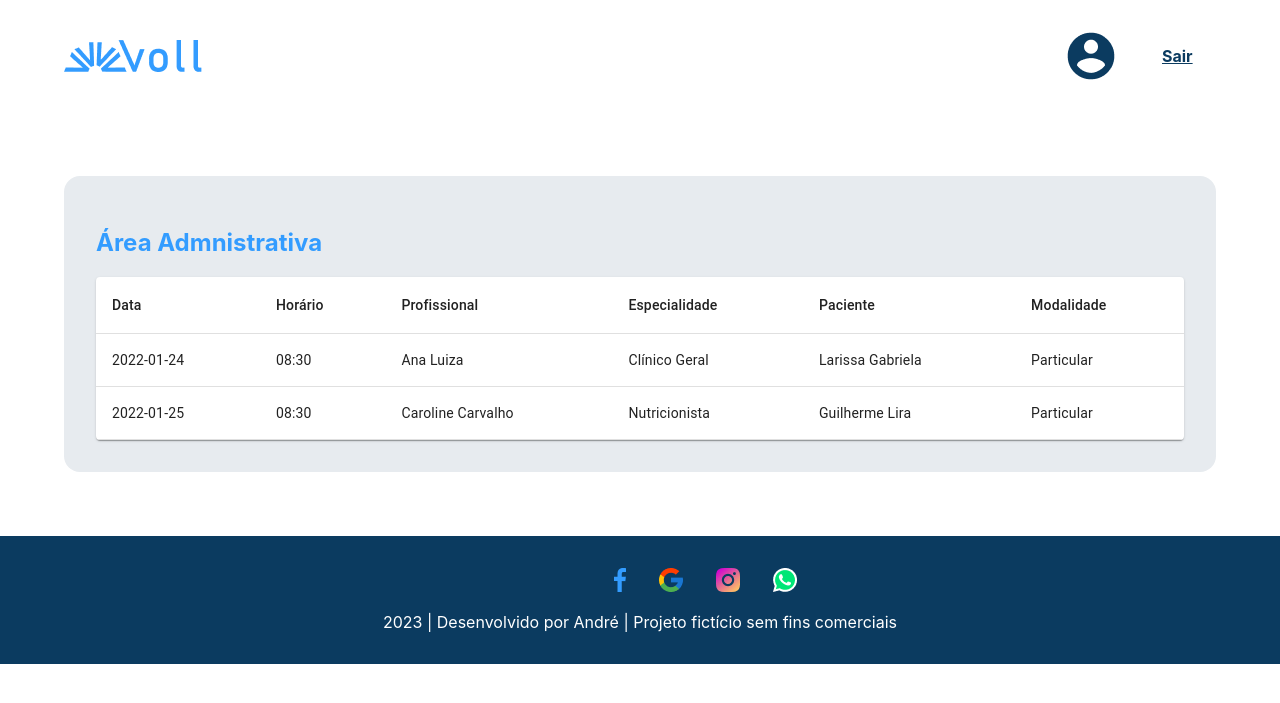
Repository: andrevff/voll-main
Page: /
These files come from the project's save history. The page is drawn as it stood at one moment and after a run of saves; the edit follows.
The browser window is 1280 px wide. The pictures show the whole page.
The project was rebuilt for these pictures with package versions that can differ from the ones it lists, and the page was loaded fresh each time. Requests to the local data server were answered from the project's data file. Also part of the build but not shown: src/App.css.

Above is the page before, as saved 2023-07-31 21:52:13.

### src/App.tsx
import './App.css';
import Cabecalho from './components/cabecalho';
import Container from './components/container';
import Rodape from './components/rodape';
import Tabela from './components/tabela';
import Titulo from './components/titulo';
import useDadosConsulta from './useDadosConsulta';

function App() {

  const {dados, erro} = useDadosConsulta()

  return (
    <>
      <Cabecalho />
      <Container>
        <Titulo>Área Admnistrativa</Titulo>
        <Tabela consultas={dados} />
      </Container>
      <Rodape />
    </>
  );
}

export default App;

### src/components/cabecalho/index.tsx
/* eslint-disable jsx-a11y/anchor-is-valid */
import styled from 'styled-components'
import logo from './assets/logo.png'
import perfil from './assets/perfil.png'

const CabecalhoEstilizado = styled.header`
    display: flex;
    align-items: center;
    justify-content: space-between;
    padding: 2em 4em;
`

const Container = styled.div`
    display: flex;
    align-items: center;
    justify-content: space-around;
    flex-grow: .1;
`

const LinkEstilizado = styled.a`
    color: var(--azul-escuro);
    font-weight: 700;
`

export default function Cabecalho(){
    return(
        <CabecalhoEstilizado>
            <img src={logo} alt="Logo da empresa Voll" />
            <Container>
                <img src={perfil} alt="Imagem de perfil do usuário" />
                <LinkEstilizado href="#">Sair</LinkEstilizado>
            </Container>
        </CabecalhoEstilizado>
    )

}

### src/components/container/index.tsx
import styled from "styled-components";

const Container = styled.section`
    background-color: var(--cinza-claro);
    margin: 4em;
    border-radius: 16px;
    padding: 2em;
    height: 100%;
`

export default Container

### src/components/rodape/index.tsx
/* eslint-disable jsx-a11y/anchor-has-content */
/* eslint-disable jsx-a11y/anchor-is-valid */
import styled from 'styled-components'
import facebook from './assets/facebook.png'
import google from './assets/google.png'
import instagram from './assets/instagram.png'
import whatsapp from './assets/whatsapp.png'

const RodapeEstilizado = styled.footer`
    height: 100%;
    color: white;
    padding: 1em;
    background-color: var(--azul-escuro);
    text-align: center;
`

const ListaEstilizada = styled.ul`
    display: flex;
    justify-content: space-around;
    width: 10%;
    margin: 1em auto;
`

const ItemEstilizado = styled.li`
    list-style-type: none;
    padding: 0 1em;
`

export default function Rodape(){
    return(
        <RodapeEstilizado>
            <ListaEstilizada>
                <ItemEstilizado>
                    <a href="#">
                        <img src={facebook} alt="Logo do Facebook" />
                    </a>
                </ItemEstilizado>
                <ItemEstilizado>
                    <a href="#">
                        <img src={google} alt="Logo do Google" />
                    </a>
                </ItemEstilizado>
                <ItemEstilizado>
                    <a href="#">
                        <img src={instagram} alt="Logo do Instagram" />
                    </a>
                </ItemEstilizado>
                <ItemEstilizado>
                    <a href="#">
                        <img src={whatsapp} alt="Logo do WhatsApp" />
                    </a>
                </ItemEstilizado>
            </ListaEstilizada>
            <p>2023 | Desenvolvido por André | Projeto fictício sem fins comerciais</p>
        </RodapeEstilizado>
    )
}

### src/components/tabela/index.tsx
import { Paper } from "@mui/material";
import TableContainer from "@mui/material/TableContainer/TableContainer";
import Table from "@mui/material/Table/Table";
import TableHead from "@mui/material/TableHead/TableHead";
import TableRow from "@mui/material/TableRow/TableRow";
import TableCell from "@mui/material/TableCell/TableCell";
import TableBody from "@mui/material/TableBody/TableBody";
import IConsulta from "../../types/IConsulta";

export default function Tabela({consultas} : {consultas : IConsulta[] | null}) {
    return(
        <>
            <TableContainer component = {Paper}>
                <Table sx={{minWidth: 700}} aria-label="tabela-customizada">
                    <TableHead>
                        <TableRow>
                            <TableCell>Data</TableCell>
                            <TableCell>Horário</TableCell>
                            <TableCell>Profissional</TableCell>
                            <TableCell>Especialidade</TableCell>
                            <TableCell>Paciente</TableCell>
                            <TableCell>Modalidade</TableCell>
                        </TableRow>
                    </TableHead>
                    <TableBody>
                        {consultas?.map((linha) => {
                            return(
                                <TableRow>
                                    <TableCell component="th" scope="row">{linha.data}</TableCell>
                                    <TableCell>{linha.horario}</TableCell>
                                    <TableCell>{linha.profissional[0].nome}</TableCell>
                                    <TableCell>{linha.profissional[0].especialidade}</TableCell>
                                    <TableCell>{linha.paciente}</TableCell>
                                    <TableCell>{linha.modalidade}</TableCell>
                                </TableRow>
                            )
                        })}

                    </TableBody>
                </Table>
            </TableContainer>
        </>
    )
}

### src/components/titulo/index.tsx
/* eslint-disable jsx-a11y/heading-has-content */
import avaliacao from './assets/avaliacao.png'
import grafico from './assets/grafico.png'
import consulta from './assets/consulta.png'
import React from 'react'
import styled from 'styled-components'

interface Props{
    imagem?: string,
    children?: React.ReactNode
}

interface IImagens{
    avaliacao: string,
    grafico: string,
    consulta: string
}

const SpanEstilizado = styled.span<Props>`
    background: no-repeat;
    background-position: center;
    background-size: cover;
    width: 25px;
    height: 25px;
    background-image: ${props => props.imagem ? `url(${props.imagem})` : 'none'};
`

const TituloEstilizado = styled.h2`
    color: var(--azul-claro);
`

const ContainerEstilizado = styled.div`
    display: flex;
    align-items: center;
`

export default function Titulo({ imagem, children }: Props){

    const listaDeImagens: IImagens = {
        avaliacao: avaliacao,
        grafico: grafico,
        consulta: consulta
    }

    return(
        <ContainerEstilizado>
            {imagem && <SpanEstilizado imagem={listaDeImagens[imagem as keyof IImagens]} />}
            <TituloEstilizado>{children}</TituloEstilizado>
        </ContainerEstilizado>
    )
}

### src/useDadosConsulta.ts
import IConsulta from "./types/IConsulta"
import useFetch from "./useFetch"

const useDadosConsulta = () => {
    return useFetch<IConsulta[]>({url: 'consultas'})
}

export default useDadosConsulta

### src/useFetch.ts
import { useEffect, useState } from "react";

export default function useFetch<T>({url} : {url : string}) {
    const [dados, setDados] = useState<T | null>(null)
    const [erro, setErro] = useState('')

    useEffect(() => {
        fetch(`http://localhost:8000/${url}`).then(
            resposta => resposta.json()
        ).then(dados => setDados(dados)).catch((erro => setErro(erro)))
    }, [url])

    return { dados, erro }
}

Loaded but not shown: public/index.html (common file); src/index.tsx (common file); src/index.css (common file); db.json (common file)

After the next 5 saves:
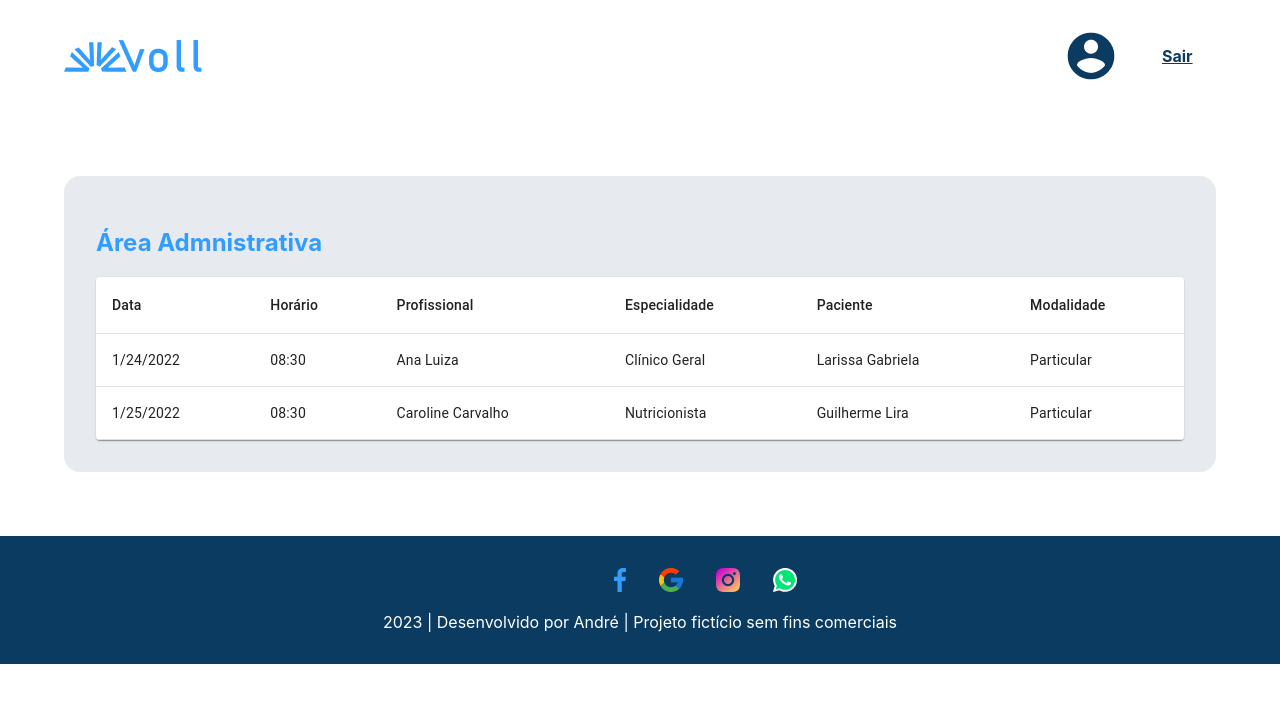
The 5 saves are shown as one change because 1 did not build or start and some came seconds apart.
The last was saved 11 min 3 s later.
--- a/src/components/tabela/index.tsx
+++ b/src/components/tabela/index.tsx
@@ -26,7 +26,7 @@ export default function Tabela({consultas} : {consultas : IConsulta[] | null}) {
                         {consultas?.map((linha) => {
                             return(
                                 <TableRow>
-                                    <TableCell component="th" scope="row">{linha.data}</TableCell>
+                                    <TableCell component="th" scope="row">{new Date(linha.data).toLocaleDateString()}</TableCell>
                                     <TableCell>{linha.horario}</TableCell>
                                     <TableCell>{linha.profissional[0].nome}</TableCell>
                                     <TableCell>{linha.profissional[0].especialidade}</TableCell>
